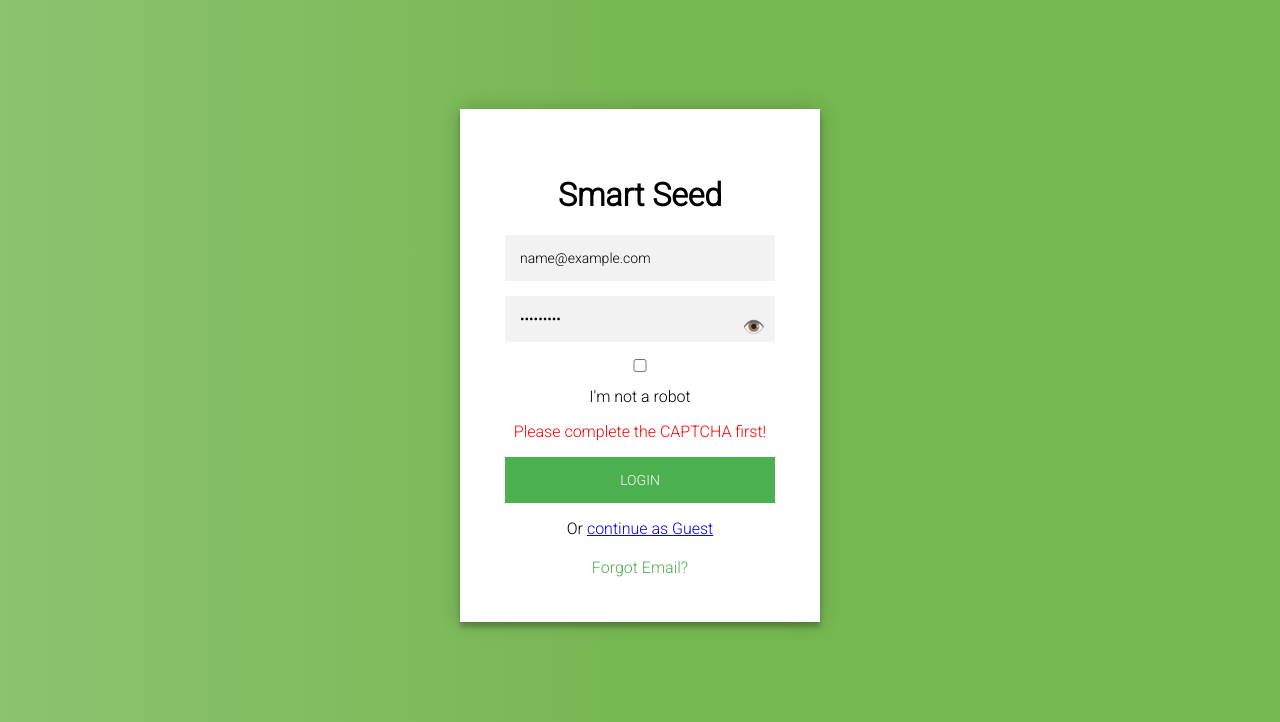
Repository: IFoundGeorge/Smart-Seed-v8-master
Page: src/login.html
An editor plug-in stored every save of this project. The page is shown before and after the next save, followed by the edit.
The browser window is 1280 px wide. The pictures show the whole page.
Empty fields were first filled with sample values (such as "Sample", 5 or name@example.com).
After loading, the first visible `form.login-form` was submitted once.

Above is the page before, as saved 2025-04-03 09:50:30.

After the next save:
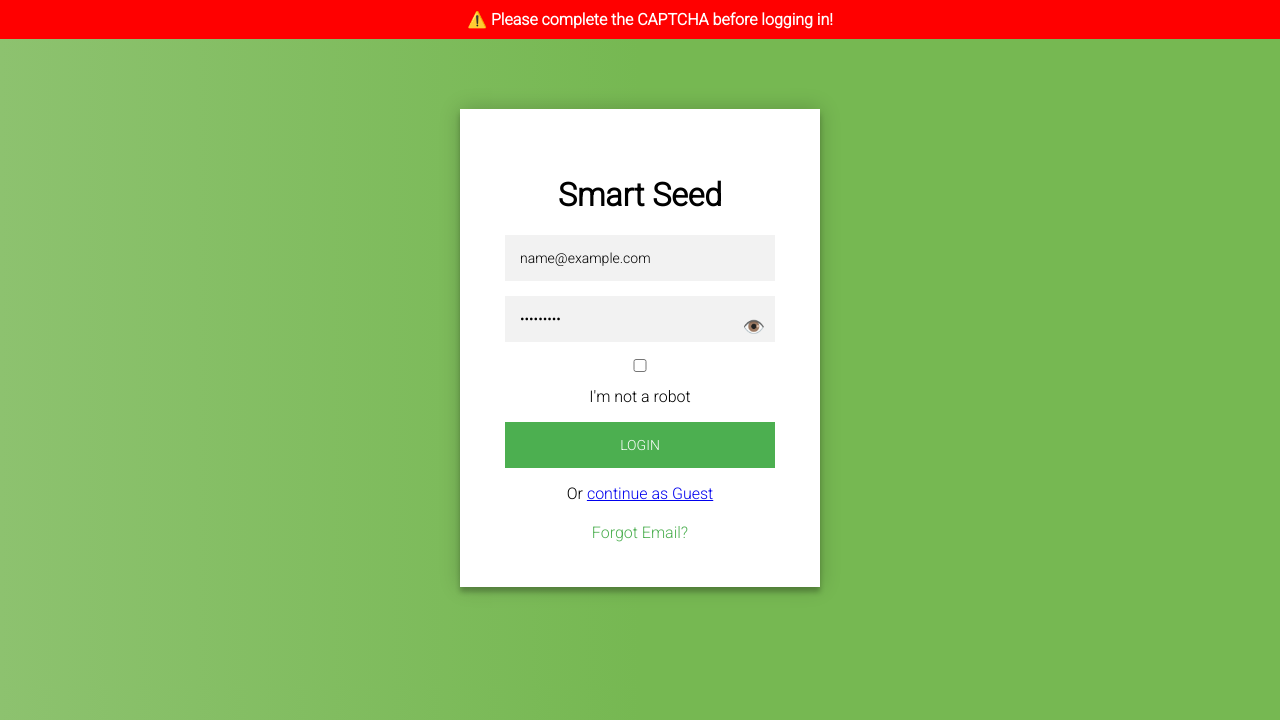
Saved 3 min 51 s later.
--- a/src/login.html
+++ b/src/login.html
@@ -190,7 +190,17 @@
     <script>
       let captchaVerified = false;
 
-      // Handle CAPTCHA modal and verification
+      function showNotification(message) {
+        const notificationBar = document.getElementById("notification-bar");
+        notificationBar.textContent = message;
+        notificationBar.style.display = "block";
+
+        // Hide after 3 seconds
+        setTimeout(() => {
+          notificationBar.style.display = "none";
+        }, 3000);
+      }
+
       function showCaptchaModal() {
         const modal = document.getElementById("captcha-modal");
         modal.style.display = "block";
@@ -224,11 +234,11 @@
         if (userAnswer == correctAnswer) {
           captchaVerified = true;
           document.getElementById("login-button").disabled = false; // Enable login button
-          document.getElementById("error-message").textContent = ""; // Clear error message
           document.getElementById("captcha-checkbox").checked = true; // Mark CAPTCHA checkbox
+          showNotification("CAPTCHA verified successfully! ✅");
           closeCaptchaModal();
         } else {
-          alert("Incorrect answer. Please try again.");
+          showNotification("Incorrect CAPTCHA. Try again! ❌");
         }
       }
 
@@ -236,8 +246,7 @@
         event.preventDefault(); // Prevent form submission
 
         if (!captchaVerified) {
-          document.getElementById("error-message").textContent =
-            "Please complete the CAPTCHA first!";
+          showNotification("⚠️ Please complete the CAPTCHA before logging in!");
           return;
         }
 
